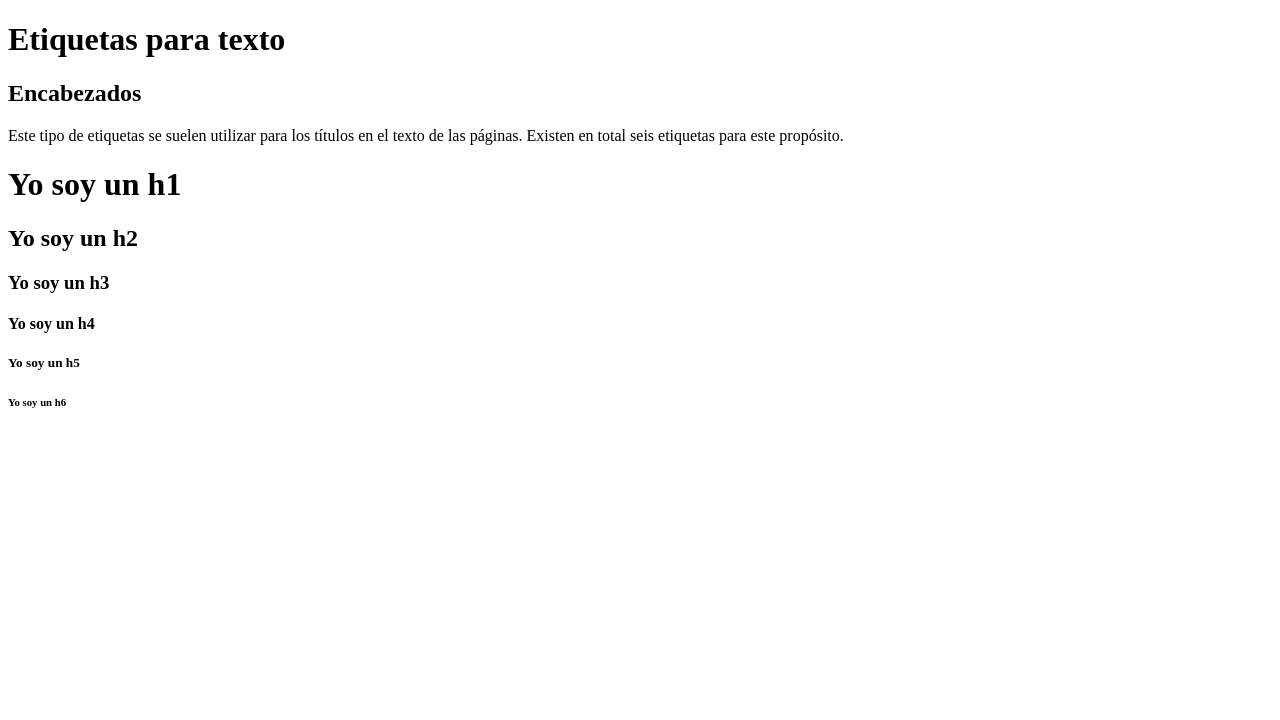
Repository: DiegoJacob0/LabosWeb
Page: 00043719_practica1_seccion1/etiquetas_texto.html
These files come from the project's save history. The page is drawn as it stood at one moment and after the next save; the edit follows.
The browser window is 1280 px wide. The pictures show the whole page.

Above is the page before, as saved 2025-08-25 14:54:12.

### 00043719_practica1_seccion1/etiquetas_texto.html
<!DOCTYPE html>
<html lang="en">
<head>
    <meta charset="UTF-8">
    <title> Etiquetas para texto</title>
</head>
<body>
    <h1>Etiquetas para texto</h1>
<div>
<h2>Encabezados</h2>
<p>Este tipo de etiquetas se suelen utilizar para los títulos
en el texto de las páginas. Existen en total seis etiquetas para este
propósito.
</p>
<h1>Yo soy un h1</h1>
<h2>Yo soy un h2</h2>
<h3>Yo soy un h3</h3>
<h4>Yo soy un h4</h4>
<h5>Yo soy un h5</h5>
<h6>Yo soy un h6</h6>
</div>

</body>
</html>

After the next save:
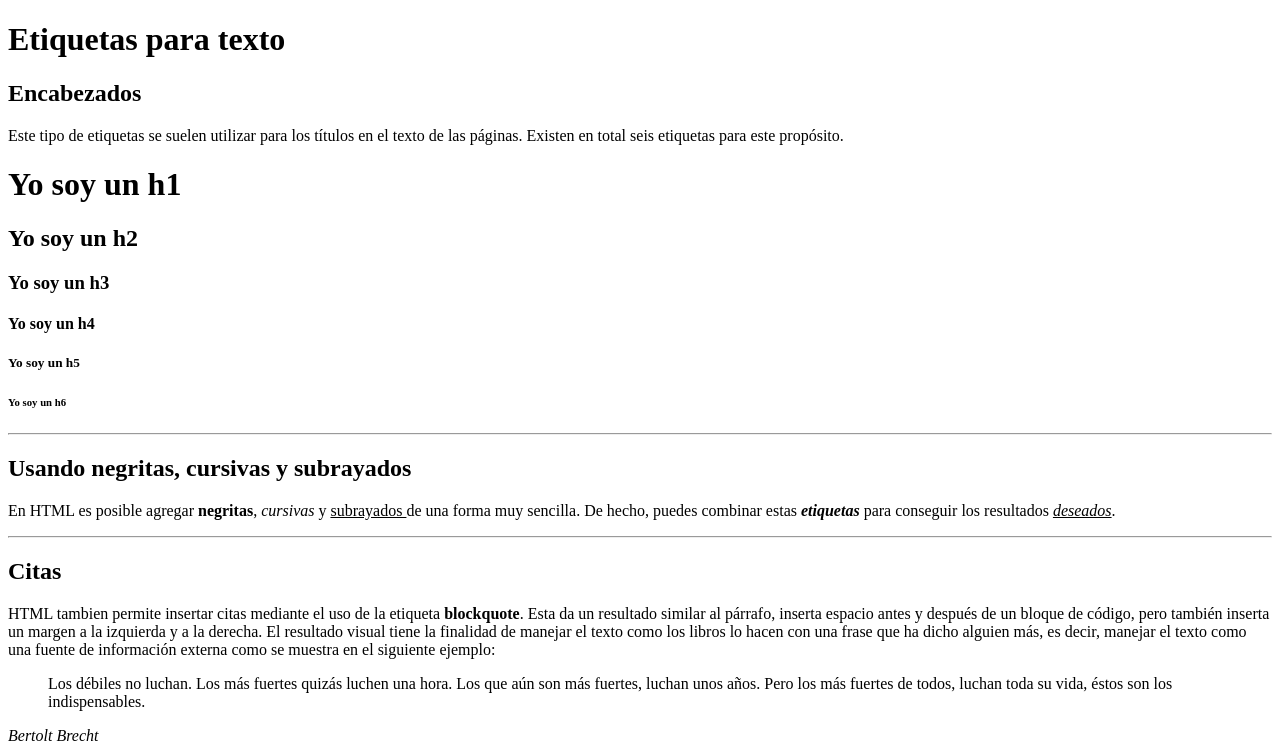
Saved 9 min 7 s later.
--- a/00043719_practica1_seccion1/etiquetas_texto.html
+++ b/00043719_practica1_seccion1/etiquetas_texto.html
@@ -20,5 +20,33 @@ propósito.
 <h6>Yo soy un h6</h6>
 </div>
 
+<hr>
+<div>
+<h2>Usando negritas, cursivas y subrayados</h2>
+<p>En HTML es posible agregar <b>negritas</b>,
+<i>cursivas</i> y <ins>subrayados </ins>de una forma muy sencilla. De
+hecho, puedes combinar estas <b><i>etiquetas</i></b> para conseguir los
+resultados <ins><i>deseados</ins></i>.
+</p>
+</div>
+<hr>
+<div>
+<h2>Citas</h2>
+<p>HTML tambien permite insertar citas mediante el uso de la
+etiqueta <b>blockquote</b>. Esta da un resultado similar al párrafo,
+inserta espacio antes y después de un bloque de código, pero también
+inserta un margen a la izquierda y a la derecha. El resultado visual
+tiene la finalidad de manejar el texto como los libros lo hacen con una
+frase que ha dicho alguien más, es decir, manejar el texto como una
+fuente de información externa como se muestra en el siguiente
+ejemplo:
+</p>
+<blockquote>Los débiles no luchan. Los más fuertes quizás
+luchen una hora. Los que aún son más fuertes, luchan unos años. Pero los
+más fuertes de todos, luchan toda su vida, éstos son los
+indispensables.</blockquote>
+<cite>Bertolt Brecht</cite>
+</div>
+
 </body>
 </html>
